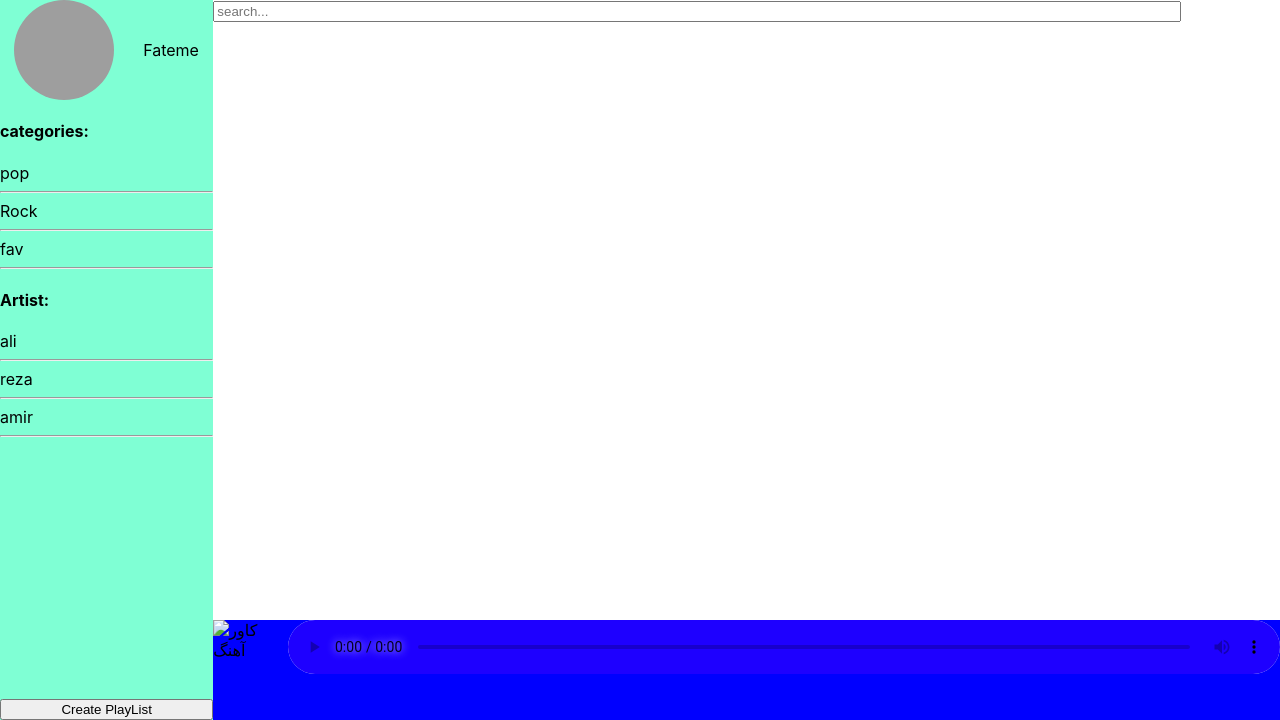
Repository: fateme81yosefi/musicPlayer
Page: /
These files come from the project's save history. The page is drawn as it stood at one moment and after a run of saves; the edit follows.
The browser window is 1280 px wide. The pictures show the whole page.
Pictures or frames that could not be fetched are drawn as grey boxes. The project was rebuilt for these pictures with package versions that can differ from the ones it lists, and the page was loaded fresh each time. Also part of the build but not shown: src/Data/FileUploader/FileUploader.js.

Above is the page before, as saved 2024-06-12 09:42:33.

After the next 4 saves:
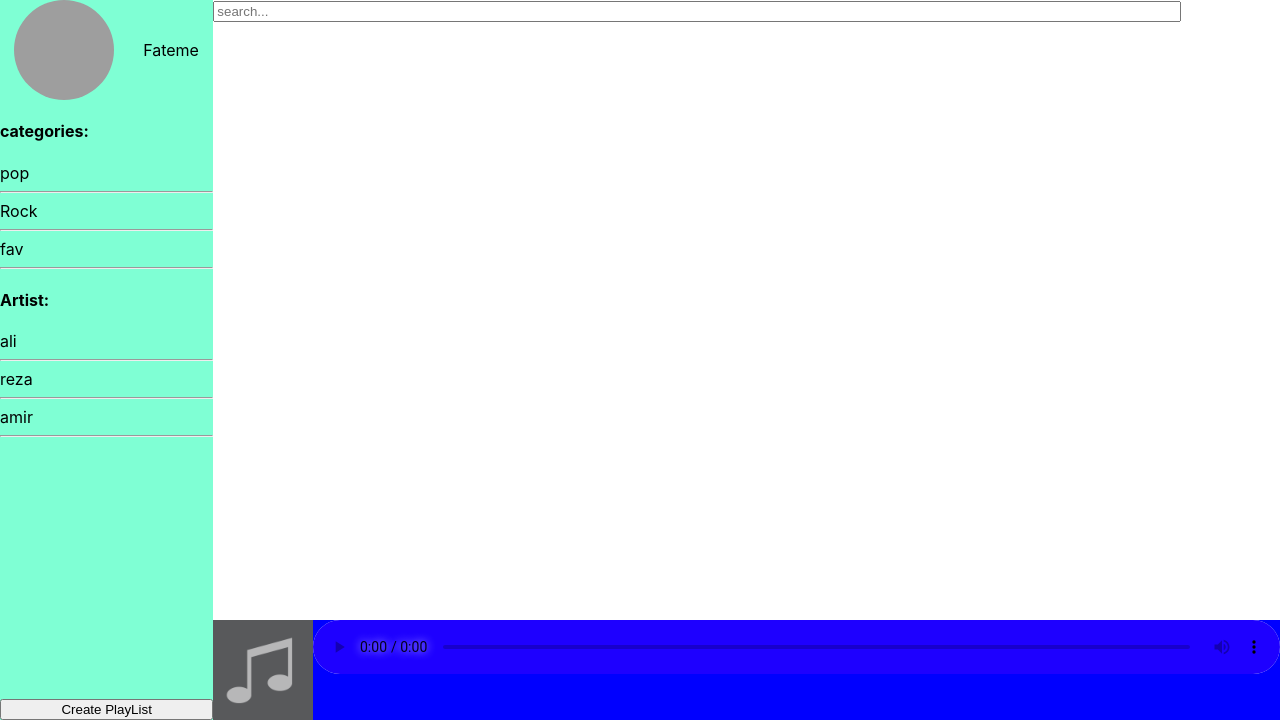
The 4 saves are shown as one change because they came seconds apart.
The last was saved 2 min 8 s later.
--- a/src/Components/MainPage/MainPage.js
+++ b/src/Components/MainPage/MainPage.js
@@ -38,7 +38,7 @@ const MainPage = () => {
 
                 <div className="currentlyPlay">
 
-                    <img src="" alt="کاور آهنگ" />
+                    <img src="/song_cover.png" alt="کاور آهنگ" />
                     <audio id="player" src="/Armin Zarei - Daram Havato (320).mp3" controls ></audio>
                 </div>
                 <div>
